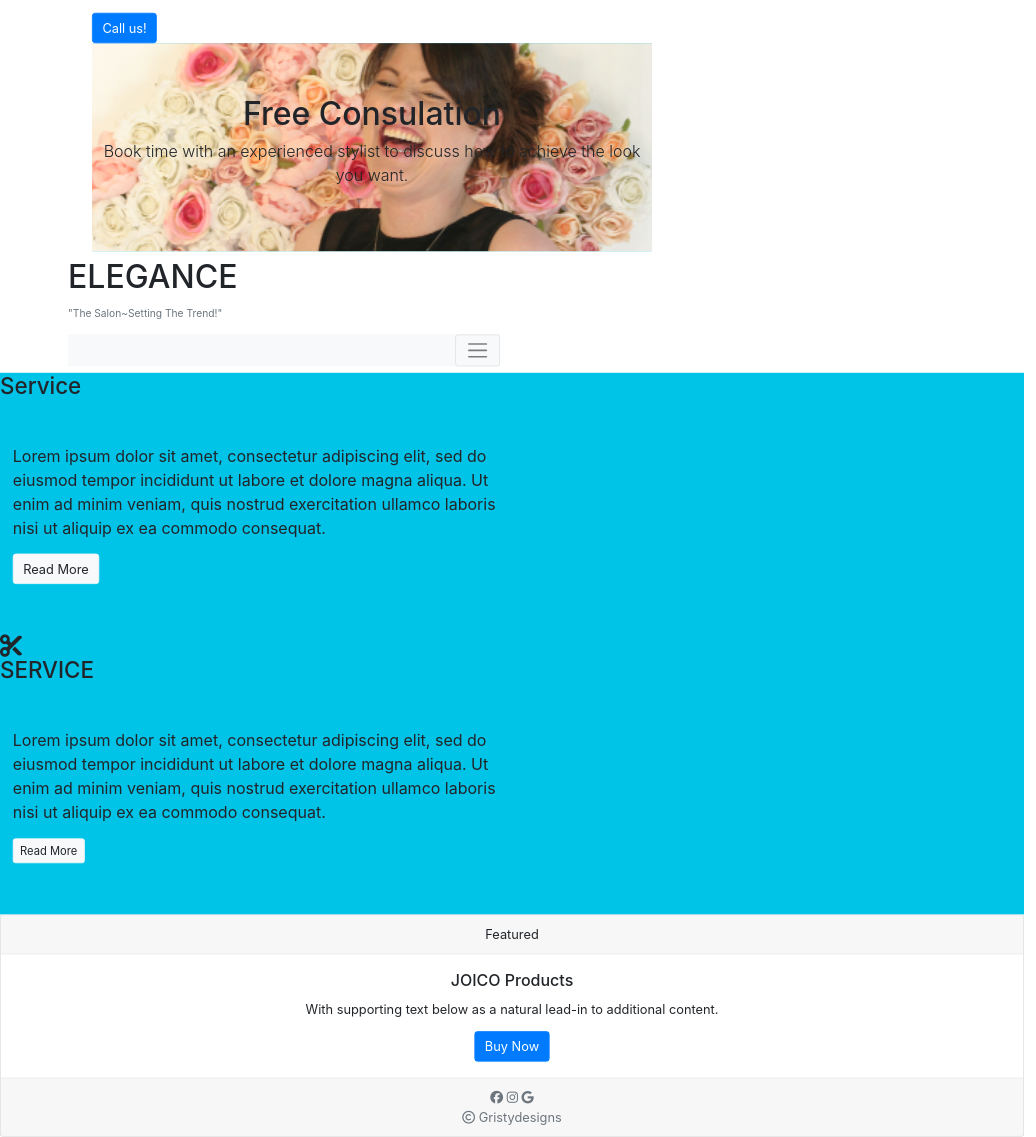
Repository: Gristydesigns/elegance-salon
Page: index.html
The author's editor kept a record of every edit. The page is drawn from the files as they stood at one moment, then again after the next edit.
The browser window is 1280 px wide. The page is 1295 px wide, so the pictures cover 1295 px, including what lies to the right of the window. The pictures show the whole page, at 80% of full size.
Some web libraries are served in a nearby version.

Above is the page before.
Console error: TypeError: Cannot read properties of undefined (reading 'fn')

### index.html
<!DOCTYPE html>
<html lang="en">
 <!--Head------------------------->
<head>
  <meta charset="UTF-8">
  <meta name="viewport" content="width=device-width, initial-scale=1.0">
  <meta http-equiv="X-UA-Compatible" content="ie=edge">
  <link rel="stylesheet" href="https://stackpath.bootstrapcdn.com/bootstrap/4.3.1/css/bootstrap.min.css" integrity="sha384-ggOyR0iXCbMQv3Xipma34MD+dH/1fQ784/j6cY/iJTQUOhcWr7x9JvoRxT2MZw1T" crossorigin="anonymous">
  <script src="https://stackpath.bootstrapcdn.com/bootstrap/4.3.1/js/bootstrap.min.js" integrity="sha384-JjSmVgyd0p3pXB1rRibZUAYoIIy6OrQ6VrjIEaFf/nJGzIxFDsf4x0xIM+B07jRM" crossorigin="anonymous"></script>
  <link rel="stylesheet" href="assets/css/style.css" type="text/css" />
  <script src="https://kit.fontawesome.com/d13d47f9ca.js"></script>
  <title>Elegance Hair Salon Ledbury</title>
</head>
 <!--End------------------------->
<body>
  <header>
    <!--callout--------------->
    <div class="container">
    <section class=" call out">
      <div class="container-fluid mt-3 no gutters fixed top">
        <div class="row ml-auto">
          <div class="col-md-4 col-md-8">
           <button class="btn-spinner-grow btn-spinner-grow-sm btn btn-primary btn-md">Call us!<href="#" role="button"></button>
        <div class="jumbotron jumbotron-fluid text-center">
          <h1 class="display-5">Free Consulation</h1><span class="inline d-sm-inline" </span>
          <p class="lead">Book time with an experienced stylist to discuss how to achieve the look you want.</p>

        </div>
        </div>
      </div>
      </div>
    </section>
     <!--End------------------------->
    <!--logo-------------->
    <div class="row">
      <div class=" col-md-12 col-md-6 my-2 ">
       <h1> ELEGANCE</h1>
         <p class="text-muted"><small>"The Salon~Setting The Trend!"</small></p>
    <!--End------------------------->
    <!--Nav Bar-------------->
    <div class="row">
      <div class="col-12 col-md-6">
          <div class="nav navbar-light bg-light navbar-expand-sm>
           <a href="#" class="navbar-salon "></a>
            <button class="navbar-toggler ml-auto " type="button " data-toggle="collapse " data-target="#navbarNavDropdown" aria-controls="navbarNavDropdown " aria-expanded="false " aria-label="Toggle navigation ">
             <span class="navbar-toggler-icon "></span></button>
              <div class="collapse navbar-collapse" id="navbarNavDropdown">

            <ul class="nav nav-pills ml-auto ">
              <li class="active nav-item mr-2 "><a class="nav-link Home " href="# ">Home</a>
              <li class="nav-item "><a class="nav-link About " href="# ">About</a>
              <li class="nav-item "><a class="nav-link Services " href="# ">Services</a>
              <li class="nav-item "><a class="nav-link Prices " href="# ">Prices</a>
              <li class="nav-item "><a class="nav-link Contact us " href="# ">Contact Us</a>
              <li class="nav-item dropdown">
              <a class="nav-link dropdown-toggle" href="#" id="navbarDropdownMenuLink" role="button" data-toggle "dropdown" aria-haspopup="true" aria-expand="false">
               Customer Experiences!
               </a>
                <div class="dropdown menu" aria-labelledby="navbarDropdownmenuLink">
               <a class="dropdown-item" href="#">customer 1</a>
               <a class="dropdown-item" href="#">customer 1</a>
               <a class="dropdown-item" href="#">customer 1</a>
                </ul>
                </div>
               </div>
            </div>
          </div>
        </div>
        </div>
  </header>
   <!--End------------------------->
 <!--feature space-------------->
  <section class="headliners ">
    <div class="row ">
    <div class="col-12">
      <h3 class="text-upperclass">Service</h3>
      <div class="row">
      <div class="col-12 col-md-6 my-5 ">
      <div class="media ">
        <img scr="img_7316.jpg " class="rounded-circle mr-3 height=100 width=100 ">
          <div class="media-body ">
           <blockquote class="blockquote ">
          <p>Lorem ipsum dolor sit amet, consectetur adipiscing elit, sed do eiusmod tempor incididunt ut labore et dolore magna aliqua. Ut enim ad minim veniam, quis nostrud exercitation ullamco laboris nisi ut aliquip ex ea commodo consequat.</p>
          <p><a class="btn btn-md btn-light " href=" ">Read More</a></p>
            </blockquote>
           </div>
         </div>
       </div>
     </div>
    </div>
   </div>
  <div class="row ">
   <div class="col-12">
     <h3 class="text-uppercase"><i class="fas fa-cut d-none d-sm-block "></i>Service</h3>
      <div class="row ">
       <div class="col-12 col-md-6 my-5 ">
         <div class="media ">
          <img scr="img_7316.jpg " class="rounded-circle mr-3 height=100 width=100 ">
          <div class="media-body ">
           <blockquote class="blockquote ">
          <p>Lorem ipsum dolor sit amet, consectetur adipiscing elit, sed do eiusmod tempor incididunt ut labore et dolore magna aliqua. Ut enim ad minim veniam, quis nostrud exercitation ullamco laboris nisi ut aliquip ex ea commodo consequat.</p>
          <p><a class="btn btn-sm btn-light " href=" ">Read More</a></p>
            </blockquote>
            </div>
          </div>
        </div>
      </div>
    </div>
   </div>
  </section>
  <!--End------------------------->
   <!--footer---------------------->
  <footer>
    <div class="card text-center ">
      <div class="card-header ">
        Featured
      </div>
      <div class="card-body ">
        <h5 class="card-title ">JOICO Products</h5>
        <p class="card-text ">With supporting text below as a natural lead-in to additional content.</p>
        <a href="# " class="btn btn-primary ">Buy Now</a>
      </div>
      <div class="card-footer text-muted ">
        <div class "row ">
          <div class="col-12 ">
            <i class="fab fa-facebook "></i>
            <i class="fab fa-instagram "></i>
            <i class="fab fa-google "></i>
          </div>
        </div>
        <div class "row ">
          <div class="col-12 ">
            <i class="far fa-copyright " 2019 Gristydesigns ">
        </i>
        Gristydesigns
      </div>
    </div>
    </div>
    </div>
    </div>
    </footer>
    <script src="https://stackpath.bootstrapcdn.com/bootstrap/4.3.1/js/bootstrap.min.js" integrity="sha384-JjSmVgyd0p3pXB1rRibZUAYoIIy6OrQ6VrjIEaFf/nJGzIxFDsf4x0xIM+B07jRM" crossorigin="anonymous"></script>
    <script src="https://code.jquery.com/jquery-3.3.1.slim.min.js" integrity="sha384-q8i/X+965DzO0rT7abK41JStQIAqVgRVzpbzo5smXKp4YfRvH+8abtTE1Pi6jizo" crossorigin="anonymous"></script>
    <script src="https://cdnjs.cloudflare.com/ajax/libs/popper.js/1.14.7/umd/popper.min.js" integrity="sha384-UO2eT0CpHqdSJQ6hJty5KVphtPhzWj9WO1clHTMGa3JDZwrnQq4sF86dIHNDz0W1" crossorigin="anonymous"></script>
</body>

</html>
 <!--End------------------------->

### assets/css/style.css
@import url('https://fonts.googleapis.com/css?family=Roboto&display=swap 100,200,300,400,500,600,700|Exo 100,200,300,400,500,600,700');
/*---------------------------------colors */

.jumbotron {
    margin: 0;
    background: url("/images/img_7316.JPG");
    background-color: #00C3E8;
    background-position: center;
    background-repeat: no-repeat;
    background-size: cover;
    min-height: 50px;
    transition: all .5s ease-in-out;
    -moz-transition: all .5s ease-in-out;
    -webkit-transition: all .5s ease-in-out;
}
/*---------------------------------headliner */
.headliners {
    background-color: #00C3E8;
}
/*---------------------------------Navbar */
.nav {
    background-color: #272B2B;
}
/*---------------------------------Quotes */

After the next edit:
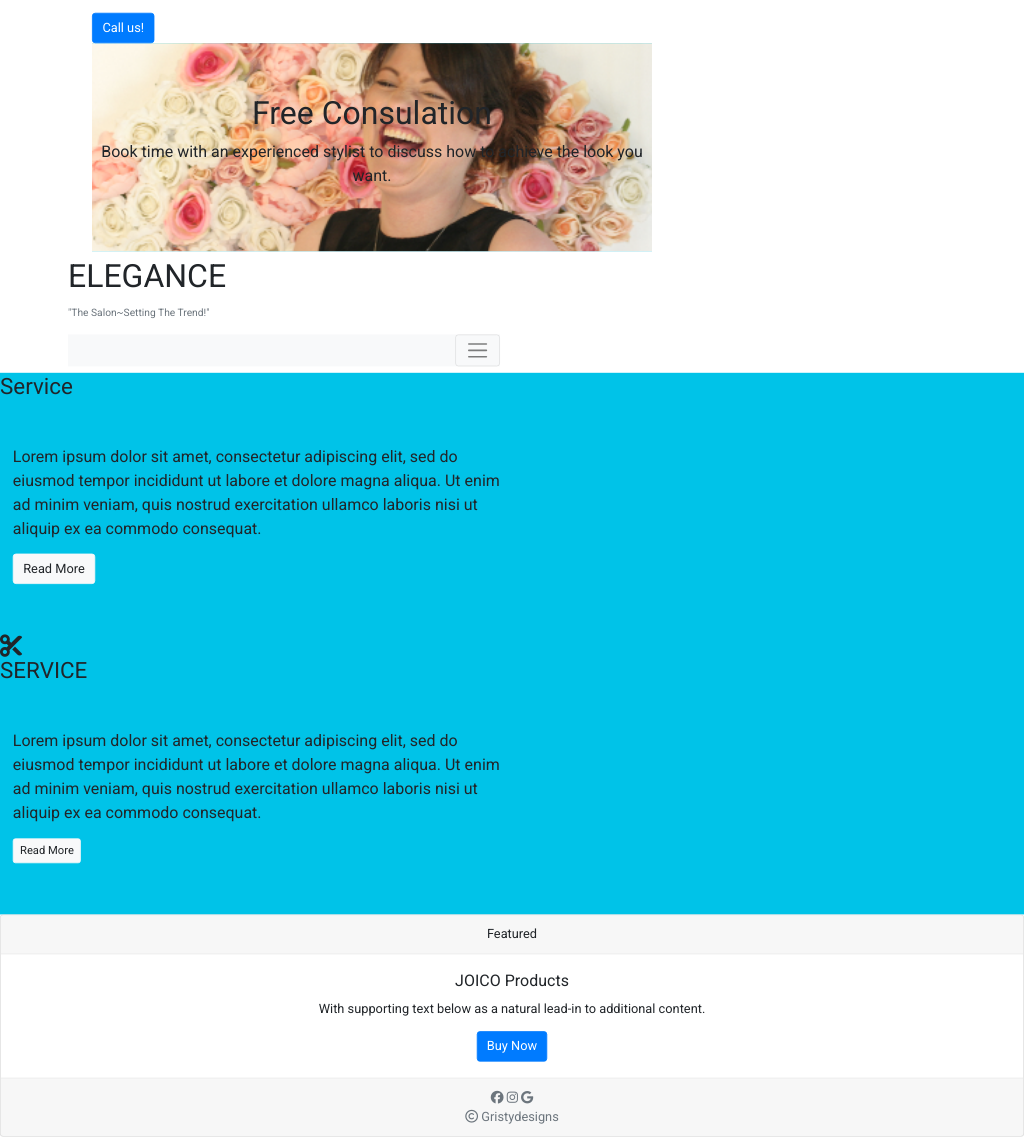
The edit:
--- a/assets/css/style.css
+++ b/assets/css/style.css
@@ -1,5 +1,9 @@
 @import url('https://fonts.googleapis.com/css?family=Roboto&display=swap 100,200,300,400,500,600,700|Exo 100,200,300,400,500,600,700');
 /*---------------------------------colors */
+
+body {
+   font-family: 'Roboto', sans-serif;
+}
 
 .jumbotron {
     margin: 0;
